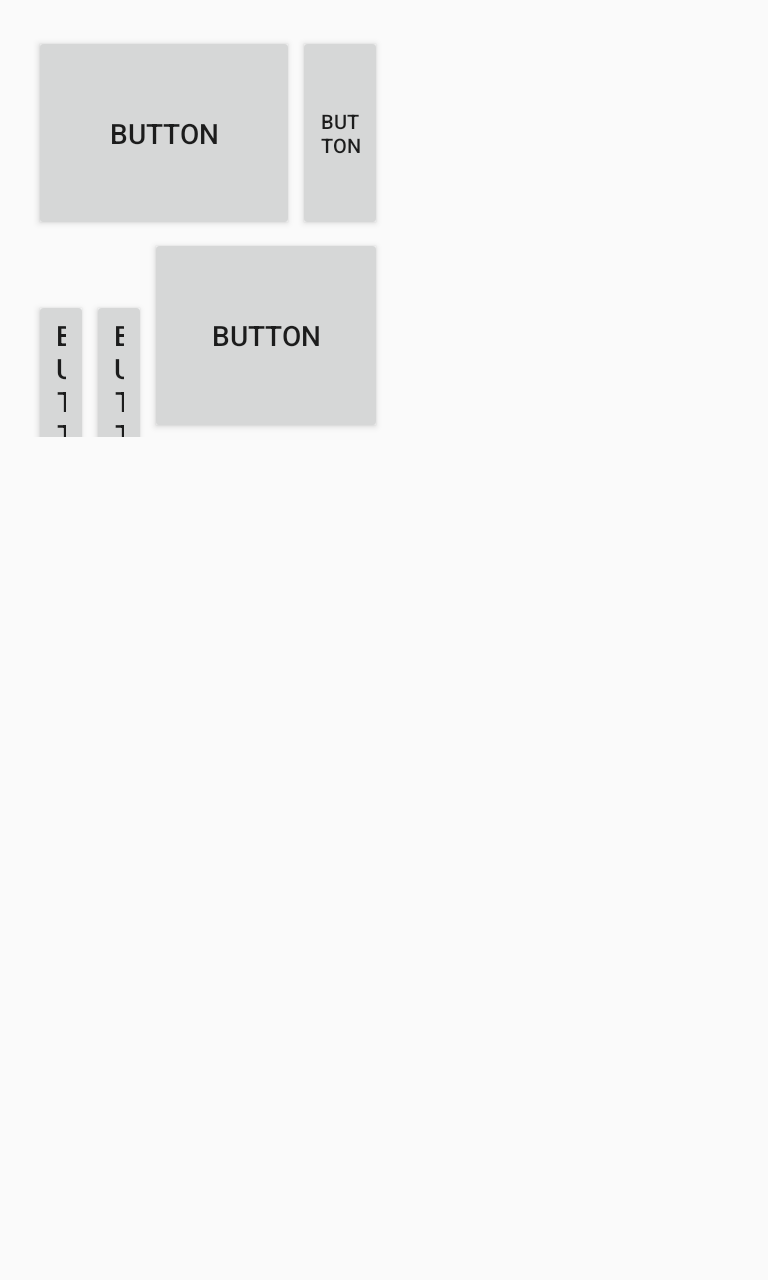
Repository: HarithaAmmuHari/Project
Layout: Senthil1/res/layout/activity_main.xml
An editor plug-in stored every save of this project. The layout is shown before and after the next save, followed by the edit.
It is drawn on a 768 x 1280 px phone screen (xhdpi) without system bars, with theme AppTheme; the app's code is not run.

Above is the layout before, as saved 2015-01-19 10:12:38.

### Senthil1/res/layout/activity_main.xml
<LinearLayout xmlns:android="http://schemas.android.com/apk/res/android"
    xmlns:tools="http://schemas.android.com/tools"
    android:id="@+id/LinearLayout1"
    android:layout_width="match_parent"
    android:layout_height="match_parent"
    android:orientation="horizontal"
    android:paddingBottom="@dimen/activity_vertical_margin"
    android:paddingLeft="@dimen/activity_horizontal_margin"
    android:paddingRight="@dimen/activity_horizontal_margin"
    android:paddingTop="@dimen/activity_vertical_margin"
    android:weightSum="6.0"
    tools:context="com.example.senthil1.MainActivity" >

    <LinearLayout
        android:layout_width="0dp"
        android:layout_height="match_parent"
        android:layout_weight="3.0"
        android:orientation="vertical"
        android:weightSum="9.0" >

        <LinearLayout
            android:layout_width="match_parent"
            android:layout_height="0dp"
            android:layout_weight="3.0"
            android:orientation="vertical"
            android:weightSum="4.0" >

            <LinearLayout
                android:layout_width="match_parent"
                android:layout_height="0dp"
                android:orientation="horizontal"
                android:layout_weight="2.0"
                android:weightSum="4.0" >

                <Button
                    android:id="@+id/button1"
                    android:layout_width="0dp"
                    android:layout_height="match_parent"
                    android:text="Button"
                    android:layout_weight="3.0"/>

                <Button
                    android:id="@+id/button2"
                    android:layout_width="0dp"
                    android:layout_height="match_parent"
                    android:layout_weight="1.0"
                    android:text="Button"
                    android:textSize="10sp" />

            </LinearLayout>

            <LinearLayout
                android:layout_width="match_parent"
                android:layout_height="0dp"
                android:layout_weight="2.0"
                android:weightSum="6.0"
                android:orientation="horizontal" >

                <Button
                    android:id="@+id/button3"
                    android:layout_width="0dp"
                    android:layout_height="wrap_content"

                     android:layout_weight="1.0"
                    android:text="Button" />

                <Button
                    android:id="@+id/button4"
                    android:layout_width="0dp"
                    android:layout_height="wrap_content"
                     android:layout_weight="1.0"
                    android:text="Button" />

                <Button
                    android:id="@+id/button5"
                    android:layout_width="0dp"
                    android:layout_height="match_parent"
                     android:layout_weight="4.0"
                    android:text="Button" />

            </LinearLayout>

        </LinearLayout>
    </LinearLayout>

    <LinearLayout
        android:layout_width="0dp"
        android:layout_height="match_parent"
        android:layout_weight="3.0"
        android:orientation="vertical" >
    </LinearLayout>

</LinearLayout>

Loaded but not shown: Senthil1/res/values/styles.xml (common file); Senthil1/res/values-v11/styles.xml (common file); Senthil1/res/values-v14/styles.xml (common file); Senthil1/res/values/dimens.xml (common file); Senthil1/res/values-w820dp/dimens.xml (common file)

After the next save:
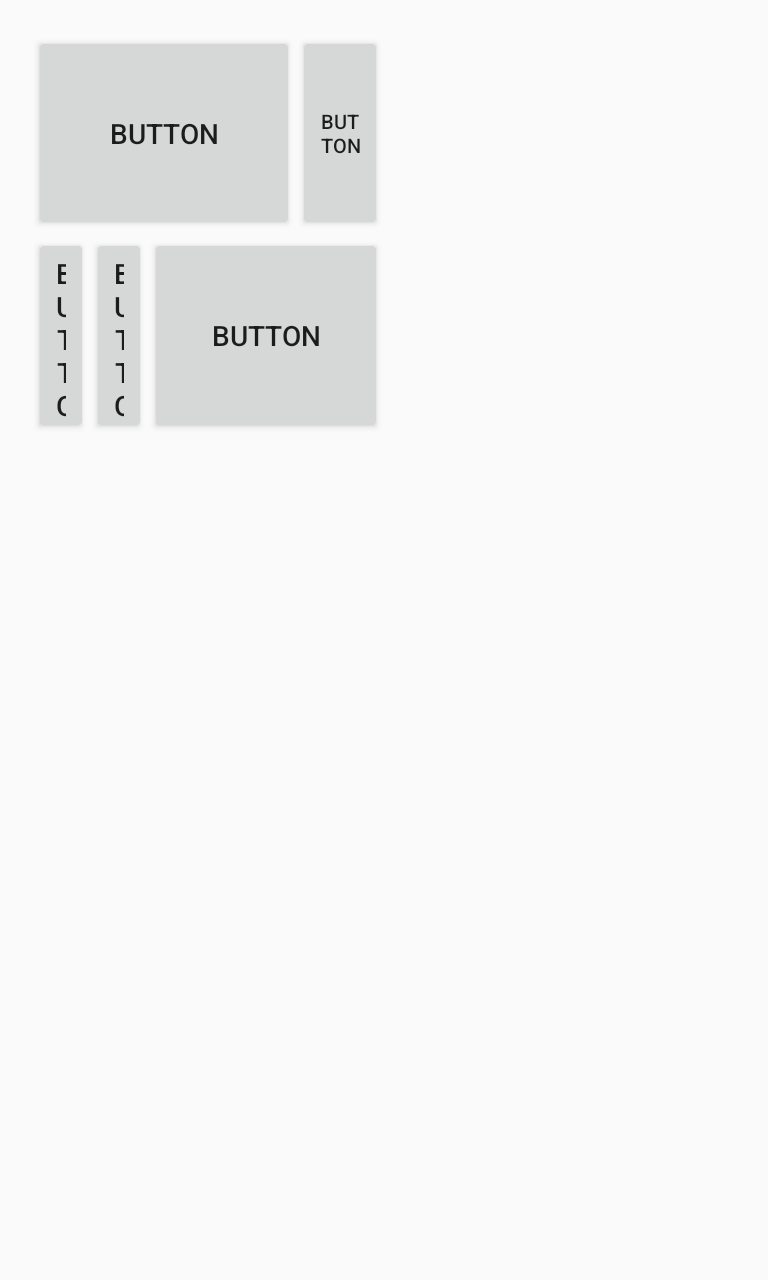
Saved 16 s later.
--- a/Senthil1/res/layout/activity_main.xml
+++ b/Senthil1/res/layout/activity_main.xml
@@ -59,7 +59,7 @@
                 <Button
                     android:id="@+id/button3"
                     android:layout_width="0dp"
-                    android:layout_height="wrap_content"
+                    android:layout_height="match_parent"
 
                      android:layout_weight="1.0"
                     android:text="Button" />
@@ -67,7 +67,7 @@
                 <Button
                     android:id="@+id/button4"
                     android:layout_width="0dp"
-                    android:layout_height="wrap_content"
+                    android:layout_height="match_parent"
                      android:layout_weight="1.0"
                     android:text="Button" />
 
